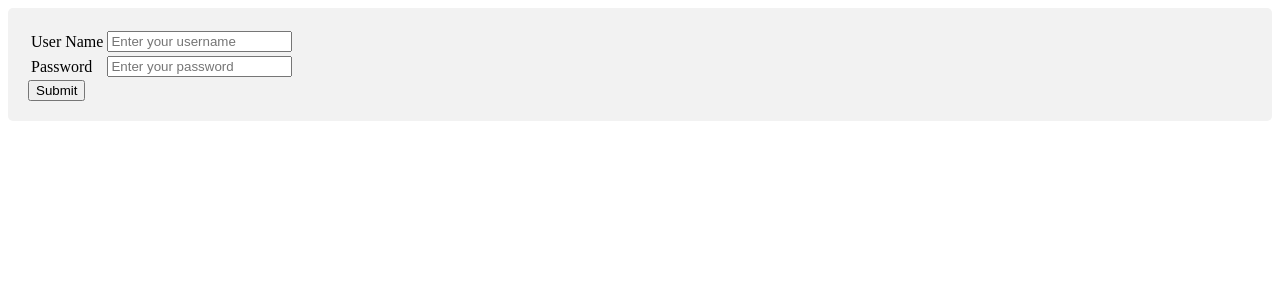
Repository: IT20643218/Employee-Management-System-OOP-Project-20-Y2S2
Page: http://localhost/EmployeeDemo/login.jsp
An editor plug-in stored every save of this project. The page is shown before and after the next save, followed by the edit.
The browser window is 1280 px wide. The pictures show the whole page.
The page is served by Tomcat 9. Nobody is signed in. The application's start-up code is not run.

Above is the page before, as saved 2021-09-30 21:22:20.

After the next save:
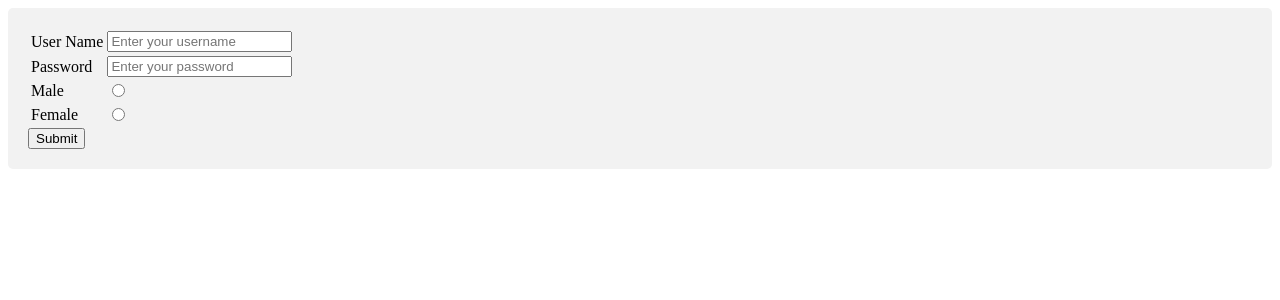
Saved 17 min 35 s later.
--- a/Java_Project/EmployeeDemo/src/main/webapp/login.jsp
+++ b/Java_Project/EmployeeDemo/src/main/webapp/login.jsp
@@ -24,8 +24,15 @@
 		<td>Password</td>
 		<td><input type="password" name="pass" placeholder="Enter your password" ></td>
 	</tr>
+	<tr>
+		<td>Male</td>
+		<td><input type="radio" name="gender" value="male"></td>
+	 </tr>
+	 <tr>
+	 	<td>Female</td>
+	 	<td><input type="radio" name="gender" value="female"></td>
+	</tr>
 	</table>
-
 
 	<input class="ab" type="submit" name="submit" value="Submit">
 
